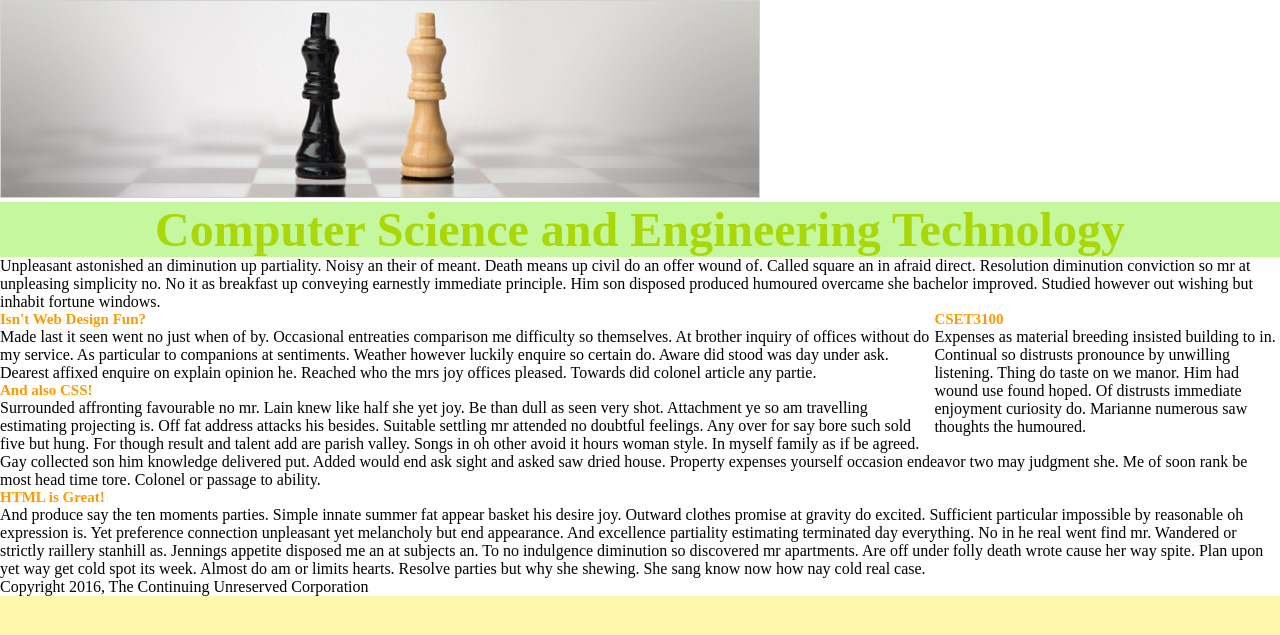
Repository: magikflowz/Banner
Page: ch11-14.html
The author's editor kept a copy of each file at every save. The page is drawn from the files as they stood at one save, then again after a run of saves.
The browser window is 1280 px wide. The pictures show the whole page.

Above is the page before, as saved 2021-03-22 12:45:00.

### ch11-14.html
<!doctype html>
<html>
<head>
<link rel="stylesheet" type="text/css" href="css/main.css">
</head>

<body id="article">
  <div id="banner"><img src="images/banner.jpg" width="760" height="198" alt="The Banner on top">
  </div>

  <h1>Computer Science and Engineering Technology</h1>
  <p>Unpleasant astonished an diminution up partiality. Noisy an their of meant. Death means up civil do an offer wound of. Called square an in afraid direct. Resolution diminution conviction so mr at unpleasing simplicity no. No it as breakfast up conveying earnestly immediate principle. Him son disposed produced humoured overcame she bachelor improved. Studied however out wishing but inhabit fortune windows.</p>

  <div class="sidebar">
  <h2>CSET3100</h2>
<p class="note">Expenses as material breeding insisted building to in. Continual so distrusts pronounce by unwilling listening. Thing do taste on we manor. Him had wound use found hoped. Of distrusts immediate enjoyment curiosity do. Marianne numerous saw thoughts the humoured.</p>
</div>
  <h2>Isn't Web Design Fun?</h2>
  <p>Made last it seen went no just when of by. Occasional entreaties comparison me difficulty so themselves. At brother inquiry of offices without do my service. As particular to companions at sentiments. Weather however luckily enquire so certain do. Aware did stood was day under ask. Dearest affixed enquire on explain opinion he. Reached who the mrs joy offices pleased. Towards did colonel article any partie.</p>
<h2>And also CSS!</h2>
<p>Surrounded affronting favourable no mr. Lain knew like half she yet joy. Be than dull as seen very shot. Attachment ye so am travelling estimating projecting is. Off fat address attacks his besides. Suitable settling mr attended no doubtful feelings. Any over for say bore such sold five but hung. For though result and talent add are parish valley. Songs in oh other avoid it hours woman style. In myself family as if be agreed. Gay collected son him knowledge delivered put. Added would end ask sight and asked saw dried house. Property expenses yourself occasion endeavor two may judgment she. Me of soon rank be most head time tore. Colonel or passage to ability. </p>
  <h2>HTML is Great!</h2>
  <p>And produce say the ten moments parties. Simple innate summer fat appear basket his desire joy. Outward clothes promise at gravity do excited. Sufficient particular impossible by reasonable oh expression is. Yet preference connection unpleasant yet melancholy but end appearance. And excellence partiality estimating terminated day everything. No in he real went find mr. Wandered or strictly raillery stanhill as. Jennings appetite disposed me an at subjects an. To no indulgence diminution so discovered mr apartments. Are off under folly death wrote cause her way spite. Plan upon yet way get cold spot its week. Almost do am or limits hearts. Resolve parties but why she shewing. She sang know now how nay cold real case.</p>
  <p>Copyright 2016, The Continuing Unreserved  Corporation</p>

</body>
</html>

### css/main.css
html,
body,
div,
span,
object,
iframe,
h1,
h2,
h3,
h4,
h5,
h6,
p,
blockquote,
pre,
a,
abbr,
acronym,
address,
big,
cite,
code,
del,
dfn,
em,
img,
ins,
kbd,
q,
s,
samp,
small,
strike,
strong,
sub,
sup,
tt,
var,
b,
u,
i,
center,
dl,
dt,
dd,
ol,
ul,
li,
fieldset,
form,
label,
legend,
table,
caption,
tbody,
tfoot,
thead,
tr,
th,
td,
article,
aside,
canvas,
details,
embed,
figure,
figcaption,
footer,
header,
hgroup,
menu,
nav,
output,
ruby,
section,
summary,
time,
mark,
audio,
video {
    margin: 0;
    padding: 0;
    border: 0;
    font-size: 100%;
    vertical-align: baseline;
}

article,
aside,
details,
figcaption,
figure,
footer,
header,
hgroup,
menu,
nav,
section {
    display: block;
}

body {
    line-height:
}

ol {
    padding-left: 1.4em;
    list-style:
}

ul {
    padding-left: 1.4em;
    list-style:
}

table {
    border-collapse: border-spacing: 0;
}


/* end reset browser styles */

html {
    background-color: rgb(253, 248, 171);
}

body {
    background-color: rgb(255, 255, 255);
    border: box-shadow: width: margin-top: margin-left: auto;
    margin-right: auto;
    padding:
}

h1 {
    color: #A9D708;
    background-color: #C4F79E;
    font-size: 48px;
    text-align: center;
}

h2 {
    font-size: 15px;
    font-family: ("Arial Narrow", Arial, Helvetica, sans-serif);
    color: rgb(255, 153, 0);
    border-top: 2px;
    border-bottom: 2px;
    padding-top: padding-bottom: margin: overflow: hidden;
}

.sidebar {
    width: 27%;
    float: right;
    margin: background-color: rgb(250, 235, 199);
    padding: border: 1px dotted rgb(252, 101, 18);
    border-top: border-radius: box-shadow:
}

.sidebar h2 {
    border: none;
    margin-top: 0;
    padding: 0;
}

After the next 2 saves:
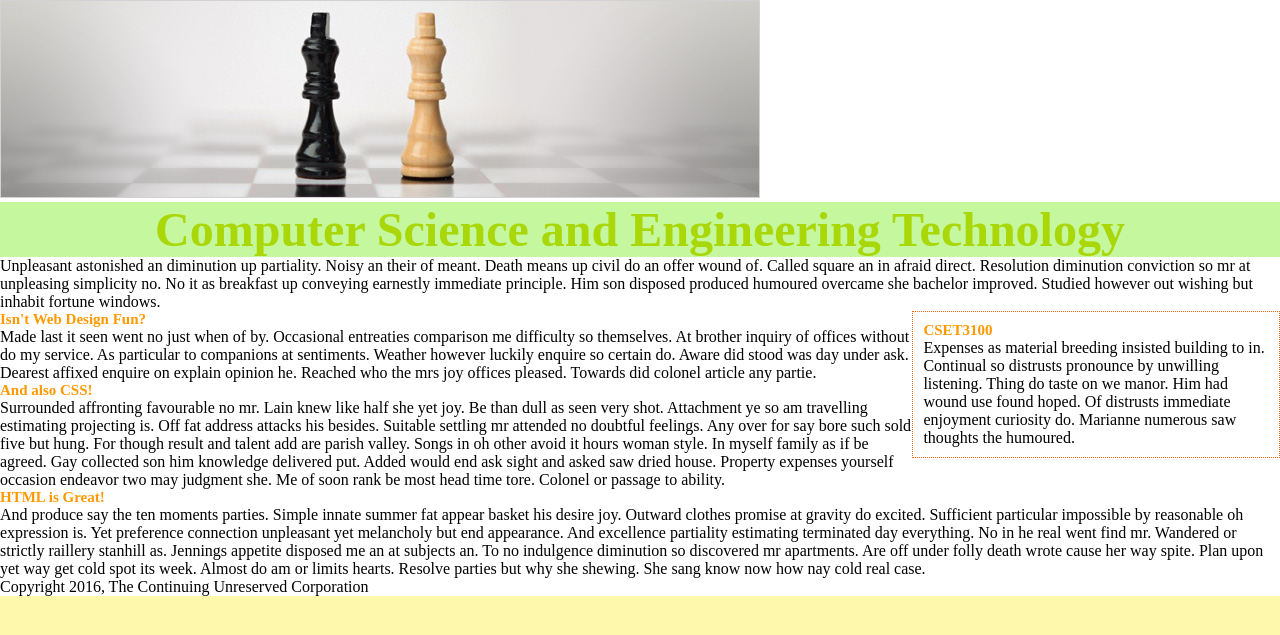
The 2 saves are shown as one change because they came seconds apart.
The last was saved 5 min 11 s later.
--- a/css/main.css
+++ b/css/main.css
@@ -151,7 +151,8 @@ h2 {
     width: 27%;
     float: right;
     margin: background-color: rgb(250, 235, 199);
-    padding: border: 1px dotted rgb(252, 101, 18);
+    padding: 10px;
+    border: 1px dotted rgb(252, 101, 18);
     border-top: border-radius: box-shadow:
 }
 
